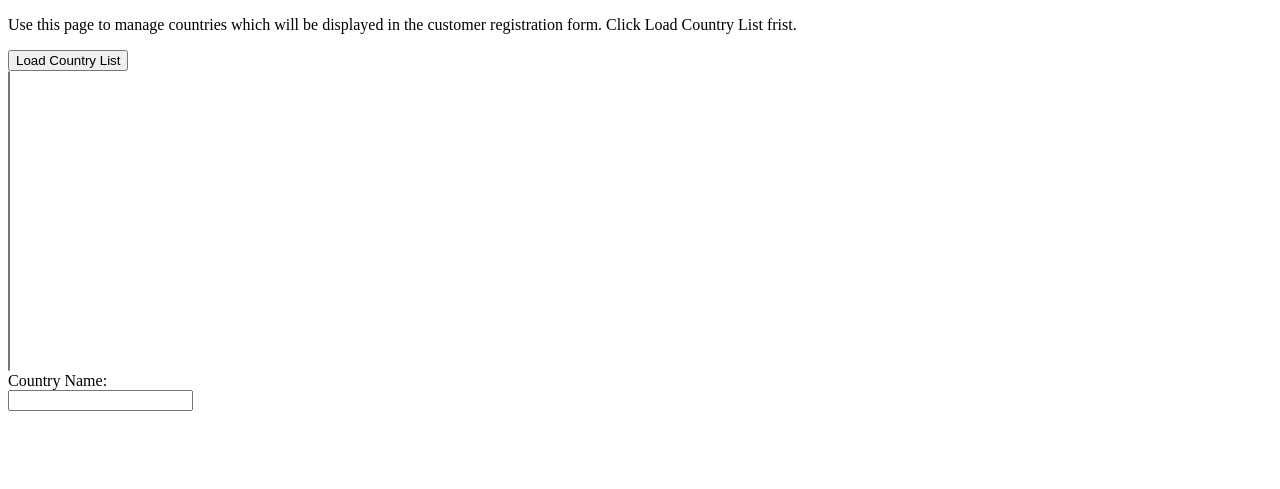
Repository: Tungk02/Shopme
Page: http://localhost/settings/states
An editor plug-in stored every save of this project. The page is shown before and after the next save, followed by the edit.
The browser window is 1280 px wide. The pictures show the whole page.
The page is this project's Thymeleaf template; nobody is signed in. The template is opened directly, without the code that normally fills it, so the values that code supplies are empty.

Above is the page before, as saved 2023-11-25 15:58:56.

After the next save:
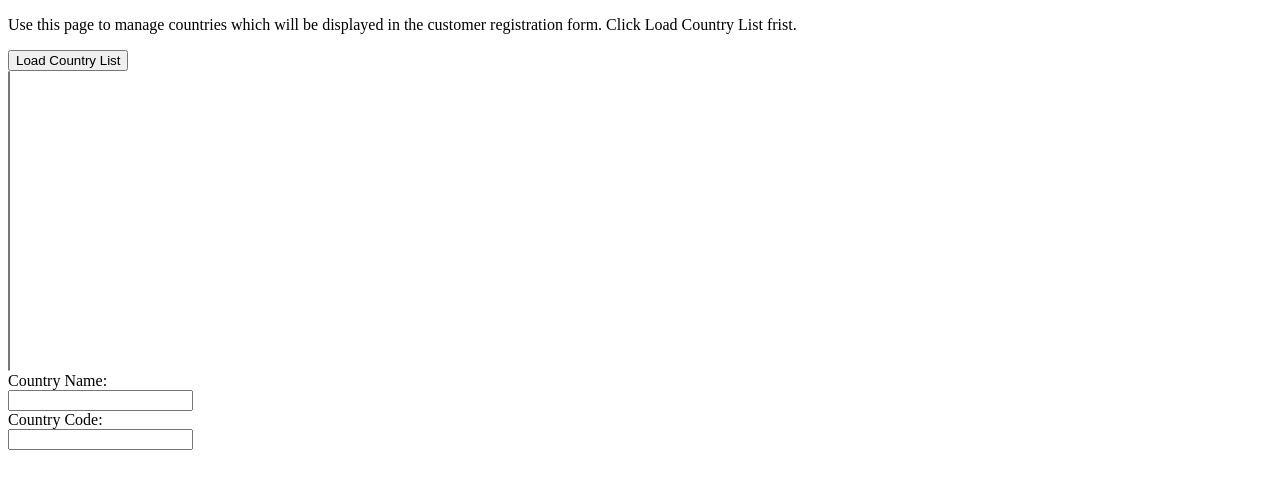
Saved 57 s later.
--- a/ShopmeEcommerce/ShopmeProject/ShopmeWebParent/ShopmeBackEnd/src/main/resources/templates/settings/states.html
+++ b/ShopmeEcommerce/ShopmeProject/ShopmeWebParent/ShopmeBackEnd/src/main/resources/templates/settings/states.html
@@ -22,7 +22,10 @@
 			<div class="col-md">
 				<input type="text" class="form-control" id="fieldCountryName" />
 			</div>
-
+			<label class="col-form-label">Country Code:</label>
+			<div class="col-md">
+				<input type="text" class="form-control" id="fieldCountryCode" />
+			</div>
 		</div>
 	</div>
 </body>
